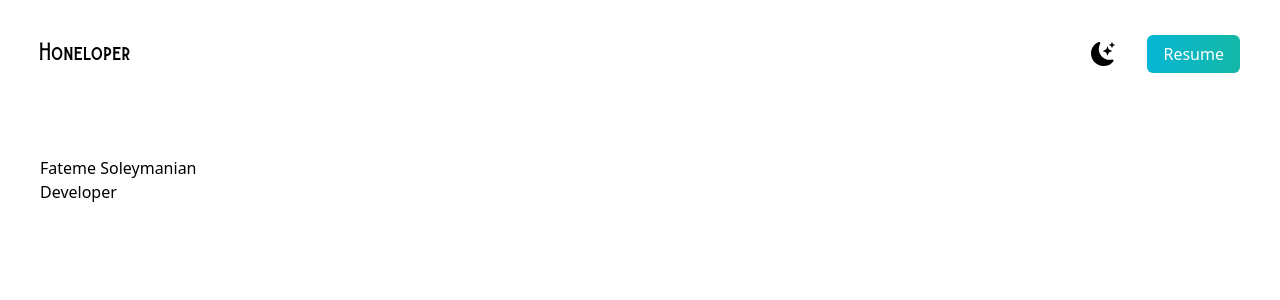
Repository: fatemesoleymanian/portfolio
Page: /
The author's editor kept a copy of each file at every save. The page is drawn from the files as they stood at one save, then again after the next save.
The browser window is 1280 px wide. The pictures show the whole page.
The project was rebuilt for these pictures with package versions that can differ from the ones it lists, and the page was loaded fresh each time. The framework's server and built-in components were replaced by stand-ins that run in the browser. Also part of the build but not shown: next.config.js.

Above is the page before, as saved 2023-03-10 13:33:00.

After the next save:
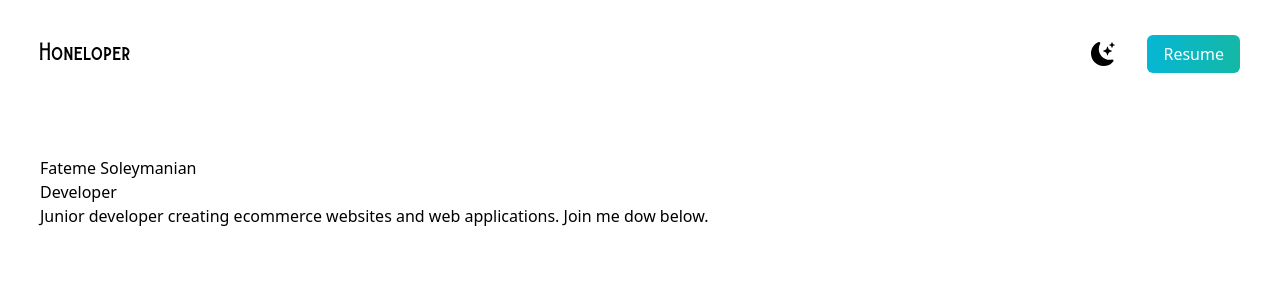
Saved 11 min 24 s later.
--- a/pages/index.js
+++ b/pages/index.js
@@ -25,6 +25,7 @@ export default function Home() {
           <div>
             <h2>Fateme Soleymanian</h2>
             <h3>Developer</h3>
+            <p>Junior developer creating ecommerce websites and web applications. Join me dow below.</p>
           </div>
         </section>
       </main>
